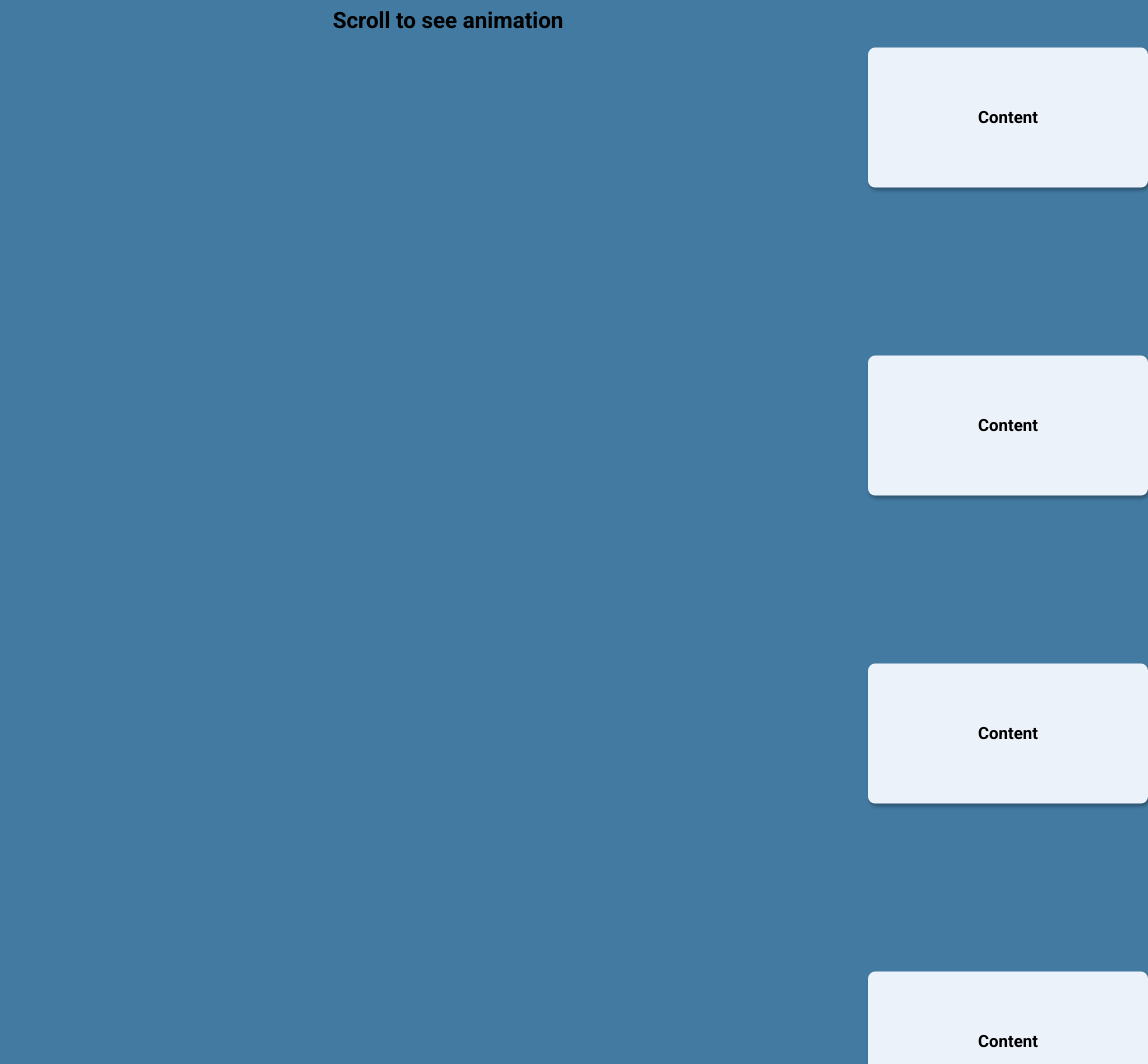
Repository: thecoachanna/scroll-animation
Page: index.html
The author's editor kept a copy of each file at every save. The page is drawn from the files as they stood at one save, then again after a run of saves.
The browser window is 1280 px wide. The page is 1640 px wide, so the pictures cover 1640 px, including what lies to the right of the window. The pictures show the part of the page from y = 0 to 1520 px (the page is 2918 px tall), at 70% of full size.
Some web fonts or font styles are not loaded; a fallback is used.

Above is the page before, as saved 2023-02-20 13:22:07.

After the next 3 saves:
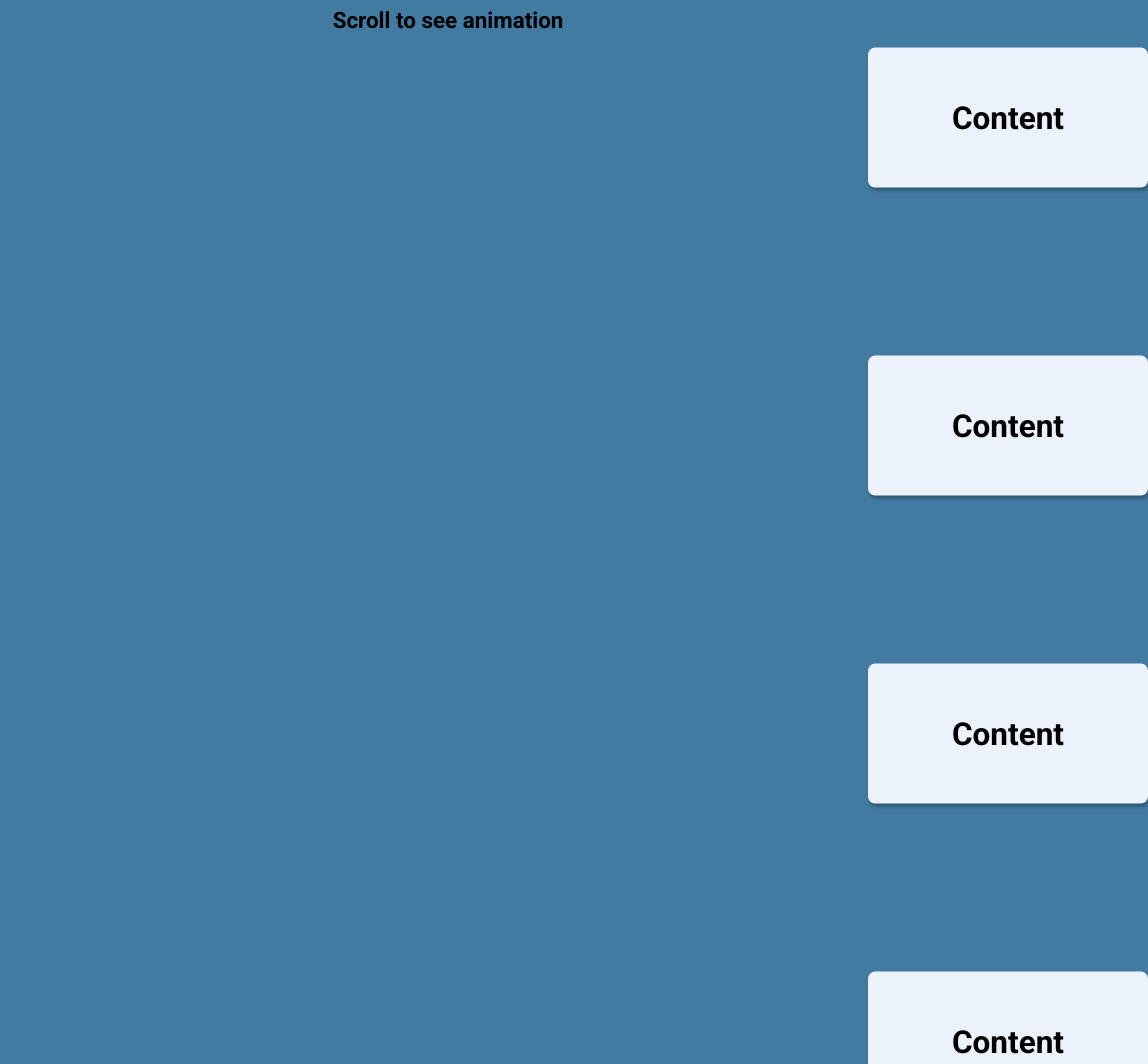
The 3 saves are shown as one change because they came seconds apart.
The last was saved 7 s later.
--- a/style.css
+++ b/style.css
@@ -43,5 +43,5 @@ h1 {
 }
 
 .box h2 {
-
+    font-size: 45px;
 }
